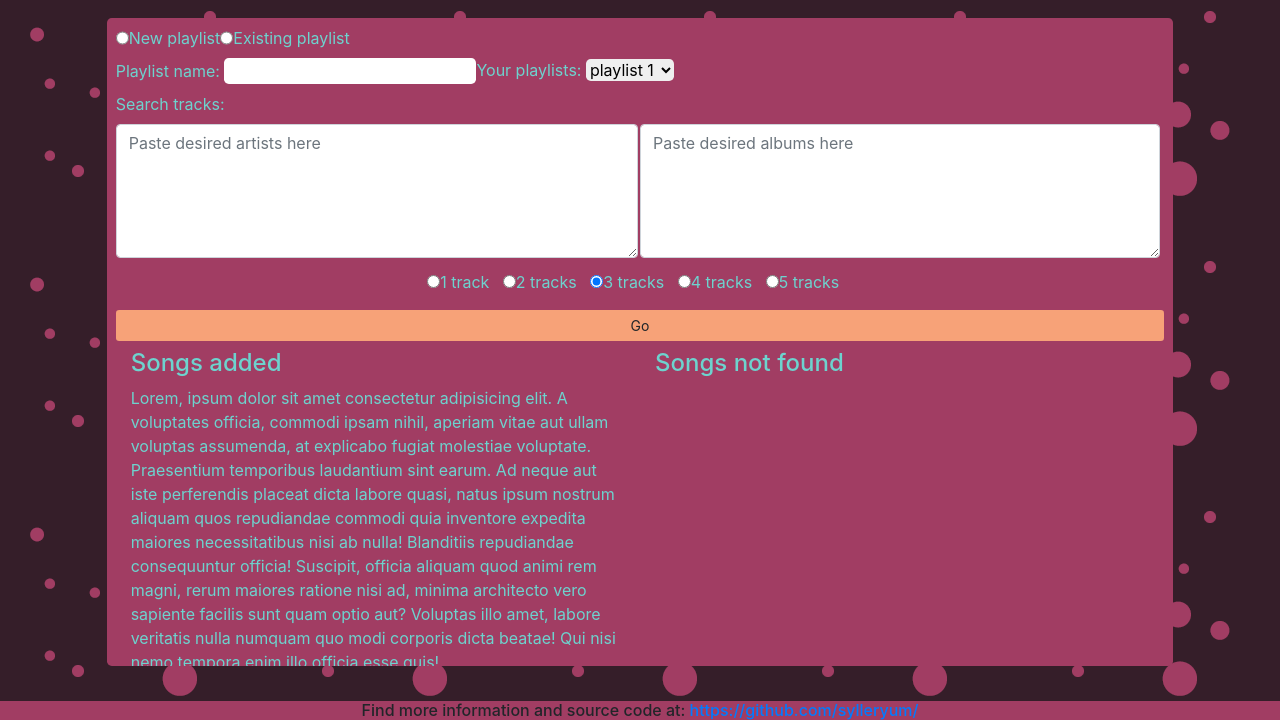
Repository: sylleryum/Frontend
Page: GetTopTracks/index.html
These files come from the project's save history. The page is drawn as it stood at one moment and after the next save; the edit follows.
The browser window is 1280 px wide. The pictures show the whole page.

Above is the page before, as saved 2019-10-13 17:54:27.

### GetTopTracks/index.html
<!doctype html>
<html lang="en">

<head>
     <title>Get top tracks from Artists and albums</title>
     <!-- Required meta tags -->
     <meta charset="utf-8">
     <meta name="viewport" content="width=device-width, initial-scale=1, shrink-to-fit=no">

     <!-- Bootstrap CSS -->
     <link rel="stylesheet" href="https://stackpath.bootstrapcdn.com/bootstrap/4.3.1/css/bootstrap.min.css"
          integrity="sha384-ggOyR0iXCbMQv3Xipma34MD+dH/1fQ784/j6cY/iJTQUOhcWr7x9JvoRxT2MZw1T" crossorigin="anonymous">

     <!-- main CSS-->
     <link rel="stylesheet" href="style.css">

</head>

<body class="background-master">
     <form action="searchTrack" id="submit-btn" onsubmit="return validation()">
          <div class="container-fluid h-95">
               <div class="row align-items-center justify-content-center h-95">
                    <div class="h-80 col col-md-10 bg-4 text-1 rounded-lg pl-4 pr-4 pt-2 overflow-auto"  id="internal-container">

                         <div class="row main-select pb-2">
                              <input type="radio" id="rNew" name="playlistRadio" value="new"
                                   onchange="radioChecker()">New
                              playlist
                              <input type="radio" id="rExisting" name="playlistRadio" value="existing"
                                   onchange="radioChecker()">Existing
                              playlist
                         </div>
                         <div class="row main-playlist pb-2">
                              <div id="new-playlist" class="block-style">
                                   Playlist name: <input type="text" class="rounded-lg border-0" id="playlistName"
                                        name="playlistName" />
                              </div>
                              <div id="existing-playlist" class="block-style">
                                   <span>Your playlists:</span>
                                   <select name="selectPlaylist" class="rounded-lg border-0">
                                        <option>playlist 1</option>
                                        <option>playlist 2</option>
                                        <option>playlist 3</option>
                                        <option>playlist 4</option>
                                        <!-- <c:forEach var="items" items="${playlists}">
                                        <option value="${items.getId()}">${items.getName()}</option>
                                   </c:forEach> -->
                                   </select>
                              </div>
                         </div>
                         <div class="row pb-2">
                              Search tracks:
                         </div>
                         <div class="row main-textarea form-group pr-1 mb-0 pb-2">
                              <div class="col-md-6 p-0 mb-1">
                                   <textarea class="textarea-search form-control md-textarea" rows="5" id="searchNameArtist"
                                        name="searchNameArtist" placeholder="Paste desired artists here"></textarea>
                              </div>
                              <div class="col-md-6 p-0 small-padding">
                                   <textarea class="textarea-search form-control md-textarea" rows="5" id="searchNameAlbum"
                                        name="searchNameAlbum" placeholder="Paste desired albums here"></textarea>
                              </div>
                         </div>
                         <div class="row track-amount pb-2 justify-content-center text-center">
                              <label><input type="radio" id="rAmount1" name="playlistRadio" value="rAmount2" onchange="">1 track&nbsp;&nbsp;&nbsp;</label>
                              <label><input type="radio" id="rAmount2" name="playlistRadio" value="rAmount2" onchange="">2 tracks&nbsp;&nbsp;&nbsp;</label>
                              <label><input type="radio" id="rAmount3" name="playlistRadio" value="rAmount3" checked onchange="">3 tracks&nbsp;&nbsp;&nbsp;</label>
                              <label><input type="radio" id="rAmount4" name="playlistRadio" value="rAmount4" onchange="">4 tracks&nbsp;&nbsp;&nbsp;</label>
                              <label><input type="radio" id="rAmount5" name="playlistRadio" value="rAmount4" onchange="">5 tracks&nbsp;&nbsp;&nbsp;</label>
                         </div>
                         <div class="row main-go pb-2 justify-content-center ">
                              <button type="submit" class="btn bg-3 btn-sm btn-block" id="submit-button">
                                   Go
                              </button>
                         </div>

                         <div class="row results-menu">
                              <div class="success col-md-6">
                                   <h4>Songs added</h4>
                                   Lorem, ipsum dolor sit amet consectetur adipisicing elit. A voluptates officia, commodi ipsam nihil, aperiam vitae aut ullam voluptas assumenda, at explicabo fugiat molestiae voluptate. Praesentium temporibus laudantium sint earum. Ad neque aut iste perferendis placeat dicta labore quasi, natus ipsum nostrum aliquam quos repudiandae commodi quia inventore expedita maiores necessitatibus nisi ab nulla! Blanditiis repudiandae consequuntur officia! Suscipit, officia aliquam quod animi rem magni, rerum maiores ratione nisi ad, minima architecto vero sapiente facilis sunt quam optio aut? Voluptas illo amet, labore veritatis nulla numquam quo modi corporis dicta beatae! Qui nisi nemo tempora enim illo officia esse quis!
                              </div>
                              <div class="failure col-md-6">
                                   <h4>Songs not found</h4>

                              </div>
                         </div>

                    </div>

               </div>

          </div>
     </form>
     <footer class="text-center m-0 p-0 bg-4 footer-clear">
          <h6 class="p-0 m-0 text-w">Find more information and source code at: <a href="https://github.com/sylleryum/">
                    https://github.com/sylleryum/</a></h6>

     </footer>







     <!-- Optional JavaScript -->
     <!-- jQuery first, then Popper.js, then Bootstrap JS -->
     <script src="https://code.jquery.com/jquery-3.3.1.slim.min.js"
          integrity="sha384-q8i/X+965DzO0rT7abK41JStQIAqVgRVzpbzo5smXKp4YfRvH+8abtTE1Pi6jizo"
          crossorigin="anonymous"></script>
     <script src="https://cdnjs.cloudflare.com/ajax/libs/popper.js/1.14.7/umd/popper.min.js"
          integrity="sha384-UO2eT0CpHqdSJQ6hJty5KVphtPhzWj9WO1clHTMGa3JDZwrnQq4sF86dIHNDz0W1"
          crossorigin="anonymous"></script>
     <script src="https://stackpath.bootstrapcdn.com/bootstrap/4.3.1/js/bootstrap.min.js"
          integrity="sha384-JjSmVgyd0p3pXB1rRibZUAYoIIy6OrQ6VrjIEaFf/nJGzIxFDsf4x0xIM+B07jRM"
          crossorigin="anonymous"></script>
</body>

</html>

### GetTopTracks/style.css
.footer-clear {
     width: 100%;
     position: fixed;
     bottom: 0%;
}

.background-master {
     background: url(images/bb.png) repeat;
}


button:hover {
     background-color: #a75e3a!important;
     text-decoration: underline!important;
 }

.h-100 {
     min-height: 100vh;
}

.h-95 {
     min-height: 95vh;
}

.h-80 {
     min-height: 80vh;
     max-height: 90vh;
}

.bg-1 {
     background: #6dd3ce!important
}

.bg-2 {
     background: #c8e9a0!important
}

.bg-3 {
     background: #f7a278!important
}

.bg-4 {
     background: #a13d63!important
}

.bg-5 {
     background: #351e29!important
}

.text-1 {
     color: #6dd3ce!important
}

.text-2 {
     color: #c8e9a0!important
}

.text-3 {
     color: #f7a278!important
}

.text-4 {
     color: #a13d63!important
}

.text-5 {
     color: #351e29!important
}

@media screen and (min-width: 767px) {
     .small-padding {
          padding-left: 2px!important;
     }
}

After the next save:
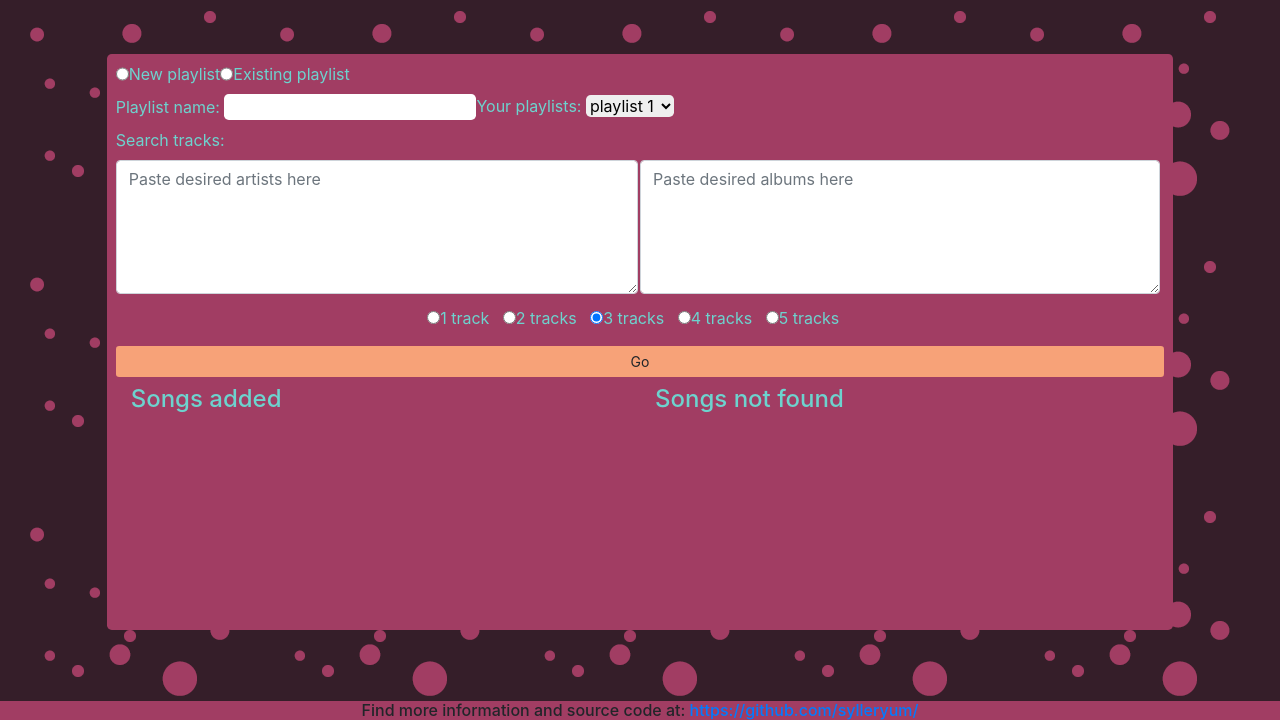
Saved 23 s later.
--- a/GetTopTracks/index.html
+++ b/GetTopTracks/index.html
@@ -77,7 +77,7 @@
                          <div class="row results-menu">
                               <div class="success col-md-6">
                                    <h4>Songs added</h4>
-                                   Lorem, ipsum dolor sit amet consectetur adipisicing elit. A voluptates officia, commodi ipsam nihil, aperiam vitae aut ullam voluptas assumenda, at explicabo fugiat molestiae voluptate. Praesentium temporibus laudantium sint earum. Ad neque aut iste perferendis placeat dicta labore quasi, natus ipsum nostrum aliquam quos repudiandae commodi quia inventore expedita maiores necessitatibus nisi ab nulla! Blanditiis repudiandae consequuntur officia! Suscipit, officia aliquam quod animi rem magni, rerum maiores ratione nisi ad, minima architecto vero sapiente facilis sunt quam optio aut? Voluptas illo amet, labore veritatis nulla numquam quo modi corporis dicta beatae! Qui nisi nemo tempora enim illo officia esse quis!
+
                               </div>
                               <div class="failure col-md-6">
                                    <h4>Songs not found</h4>
